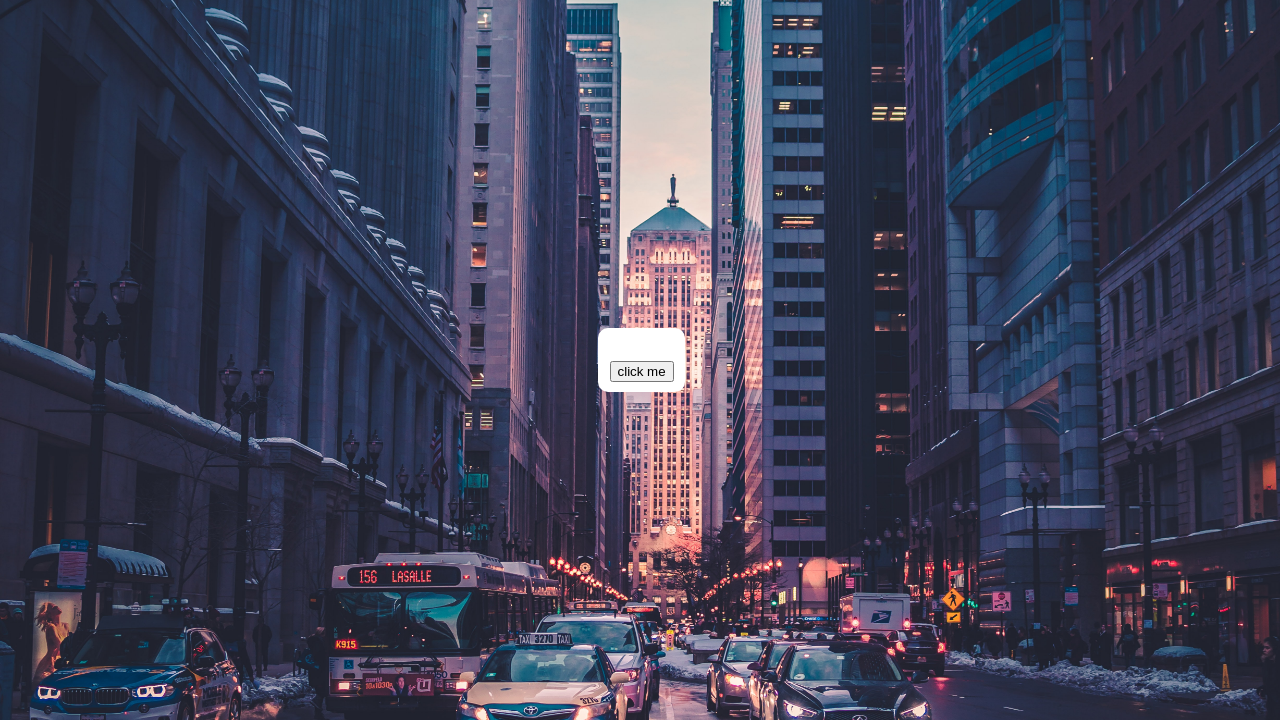
Repository: lamilekan263/random_advice
Page: /
An editor plug-in stored every save of this project. The page is shown before and after the next save, followed by the edit.
The browser window is 1280 px wide. The pictures show the whole page.
The page's requests for data from a server got no answer. The project was rebuilt for these pictures with package versions that can differ from the ones it lists, and the page was loaded fresh each time. No one was signed in, and anything a server would have sent is missing.

Above is the page before, as saved 2020-08-10 14:29:51.

After the next save:
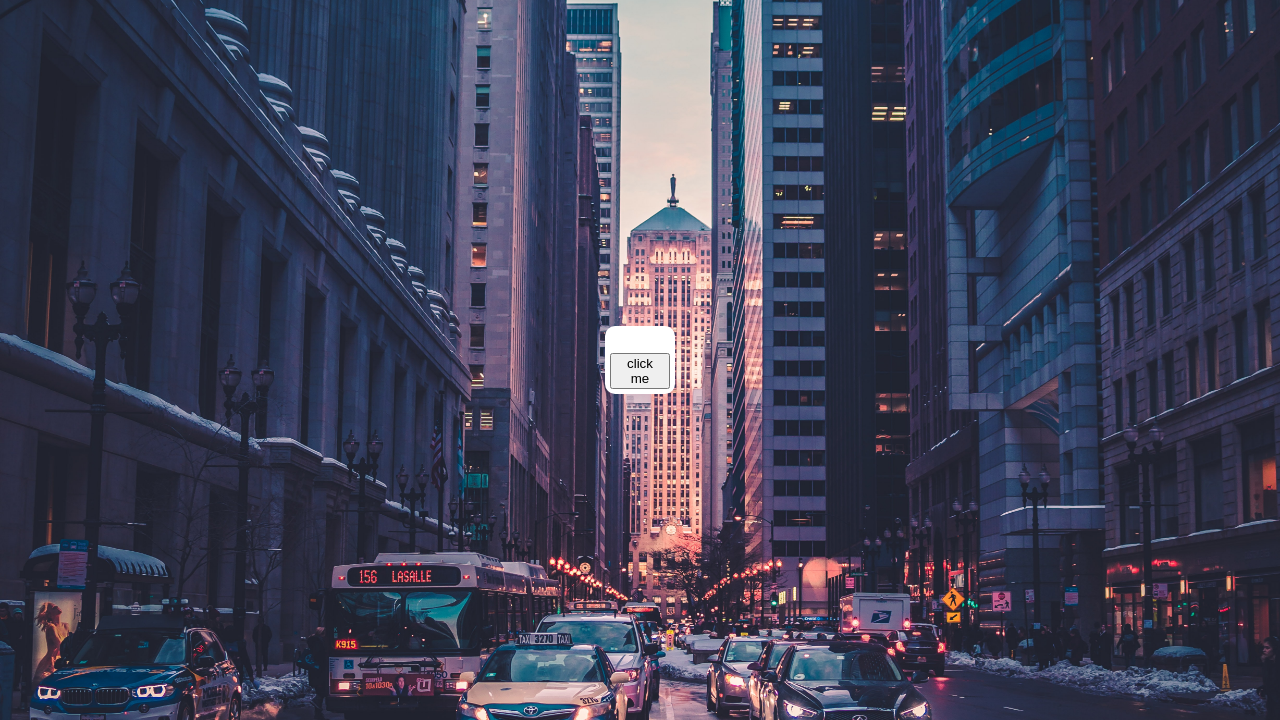
Saved 28 s later.
--- a/src/App.css
+++ b/src/App.css
@@ -17,6 +17,6 @@ body{
   width:80%;
   margin: 0 auto;
   background-color: white;
-  padding:10px;
+  padding:5px;
   border-radius: 10px;;
 }
